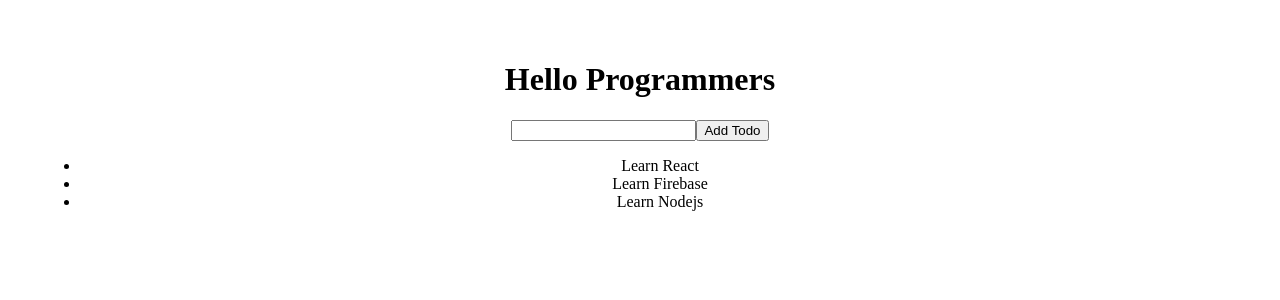
Repository: Shamraiz761/todo_list
Page: /
These files come from the project's save history. The page is drawn as it stood at one moment and after the next save; the edit follows.
The browser window is 1280 px wide. The pictures show the whole page.
The project was rebuilt for these pictures with package versions that can differ from the ones it lists, and the page was loaded fresh each time. Also part of the build but not shown: vite.config.js, src/index.css.

Above is the page before, as saved 2024-01-11 22:16:09.

### src/App.jsx
import { useState } from "react";
import "./App.css";

function App() {
  const [todo, setTodo] = useState([
    "Learn React",
    "Learn Firebase",
    "Learn Nodejs",
  ]);
  const [input, setInput] = useState("");
  const addTodo = (e) => {
    e.preventDefault();
    setTodo([...todo, input]);
    setInput("");
  };

  return (
    <div className="App">
      <h1>Hello Programmers</h1>
      <form>
        <input
          type="text"
          value={input}
          onChange={(e) => {
            setInput(e.target.value);
          }}
        />
        <button onClick={addTodo}>Add Todo</button>
      </form>
      <ul>
        {todo.map((item , index) => {
          return <li key={index}>{item}</li>;
        })}
      </ul>
    </div>
  );
}

export default App;

Loaded but not shown: index.html (common file); src/main.jsx (common file); src/App.css (common file)

After the next save:
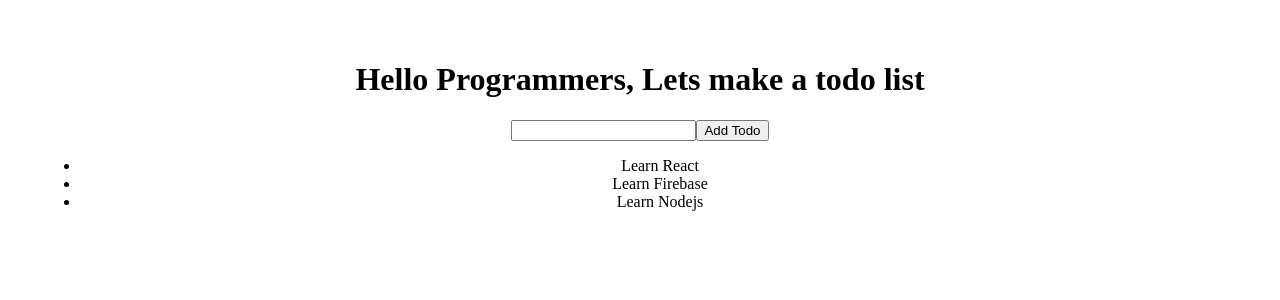
Saved 18 s later.
--- a/src/App.jsx
+++ b/src/App.jsx
@@ -16,7 +16,7 @@ function App() {
 
   return (
     <div className="App">
-      <h1>Hello Programmers</h1>
+      <h1>Hello Programmers, Lets make a todo list</h1>
       <form>
         <input
           type="text"
